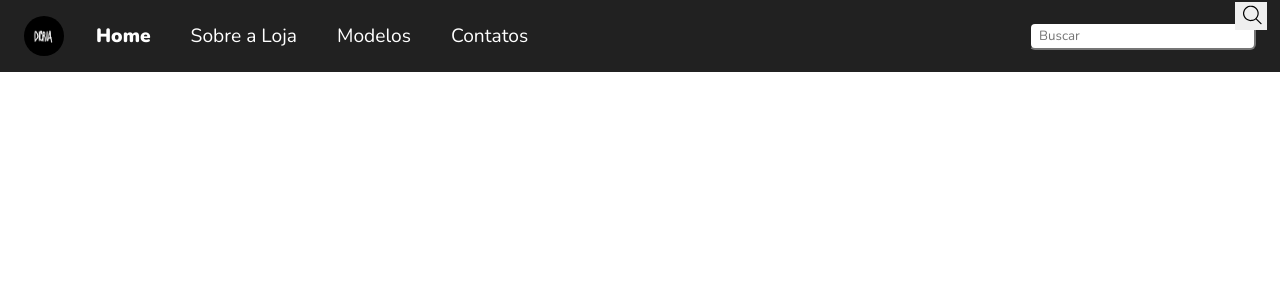
Repository: analessp/dicriastreet
Page: index.html
An editor plug-in stored every save of this project. The page is shown before and after a run of saves, followed by the edit.
The browser window is 1280 px wide. The pictures show the whole page.

Above is the page before, as saved 2025-04-17 12:47:57.

### index.html
<!DOCTYPE html>
<html lang="pt-BR">

<head>
    <meta charset="UTF-8">
    <meta name="viewport" content="width=device-width, initial-scale=1.0">
    <title>dicriastreet</title>
    <link rel="preconnect" href="https://fonts.googleapis.com">
    <link rel="preconnect" href="https://fonts.gstatic.com" crossorigin>
    <link
        href="https://fonts.googleapis.com/css2?family=Nunito:ital,wght@0,200..1000;1,200..1000&family=Outfit:wght@100..900&display=swap"
        rel="stylesheet">
    <link rel="stylesheet" href="style.css">
</head>

<body>
    <header>
        <nav id="header-nav">
            <img src="/assets/logo.png" alt="Logo dicriastreet" id="header-logo">
            <ul>
                <li>Home</li>
                <li>Sobre a Loja</li>
                <li>Modelos</li>
                <li>Contatos</li>
            </ul>
            </nav>
            <div id="header-search-bar">
                <input type="text" placeholder="Buscar">
                <button>
                    <img id="search-icon" src="/assets/search.svg" alt="Imagem de uma lupa">
            </div>
    </header>
    <main>

    </main>
    <footer>

    </footer>
</body>

</html>

### style.css
:root {
    --background-color: #000000;
    --font-color: #ffffff;
    --primary-color: #adaaaa;
    --secondary-color: #212121;
}

* {
    margin: 0;
    padding: 0;
    font-family: "Nunito", sans-serif;
}

body {
    height: 100vh;
}

header {
    display: flex;
    align-items: center;
    justify-content: space-between;
    height: 3.5rem;
    background-color: var(--secondary-color);
    color: var(--font-color);
    gap: 1.5rem;
    padding: 0.5rem 1.5rem;
}

#header-nav {
    display: flex;
    align-items: center;
    gap: 2rem;
}

#header-logo {
    width: 2.5rem;
    height: fit-content;
    border-radius: 100%;
}


#header-nav ul {
    display: flex;
    color: var(--var-secondary-color);
    font-size: 1.2rem;
    list-style: none;
    gap: 2.5rem;
}

#header-nav ul li:first-child {
    color: var(--font-color);
    font-weight: 900;
}

#header-seach-bar {
    position: relative;
    width: 10rem;
}

#header-search-bar input {
    border-radius: 6px;
    height: 1.8rem;
    width: 100%;
    padding: 0 2.5rem 0 0.5rem;
    box-sizing: border-box;
}

#header-search-bar button {
    cursor: pointer;
    position: absolute;
    right: 0.3em;
    top: 50%;
    transform: ;
    height: 1.8rem;
    width: 2rem;
    border-radius: 16x;
    padding: 0.2rem 0.5rem;
    border: none;
    right: 0.8rem;
    top: 0.1rem;

    &:active {
        transform: scale(0.9);
        background-color: var(--secondary-color);
    }
}

After the next 3 saves:
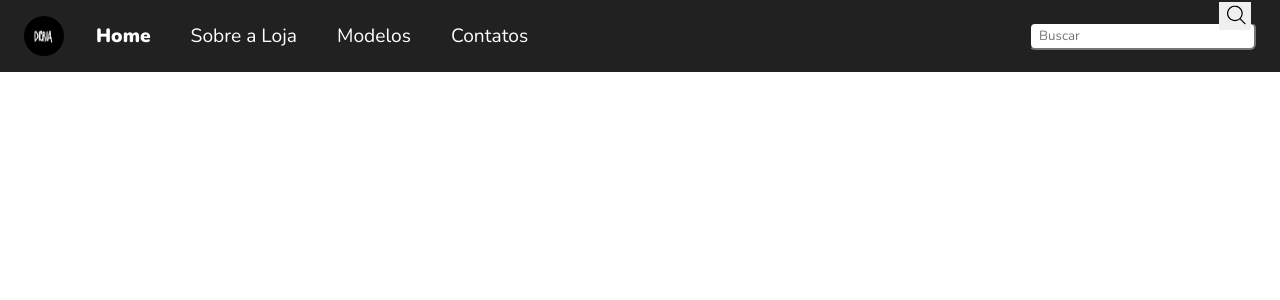
The 3 saves are shown as one change because they came seconds apart.
The last was saved 11 s later.
--- a/style.css
+++ b/style.css
@@ -70,7 +70,7 @@ header {
     position: absolute;
     right: 0.3em;
     top: 50%;
-    transform: ;
+    transform: translate(-50%);
     height: 1.8rem;
     width: 2rem;
     border-radius: 16x;
